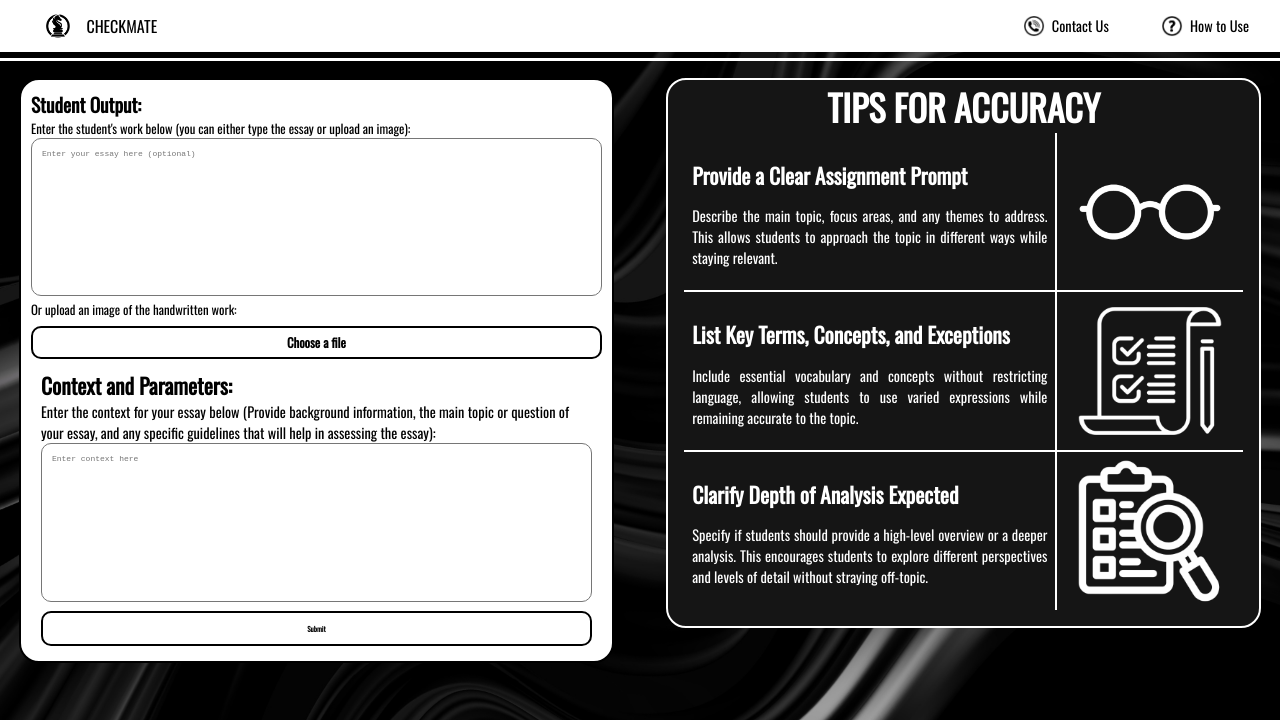
Repository: iiTzXyZ11/CheckMateAI
Page: http://localhost/scan
An editor plug-in stored every save of this project. The page is shown before and after the next save, followed by the edit.
The browser window is 1280 px wide. The pictures show the whole page.
The page is served by the project's application, run on Flask 3 (app.py).

Above is the page before, as saved 2025-01-30 21:37:41.

After the next save:
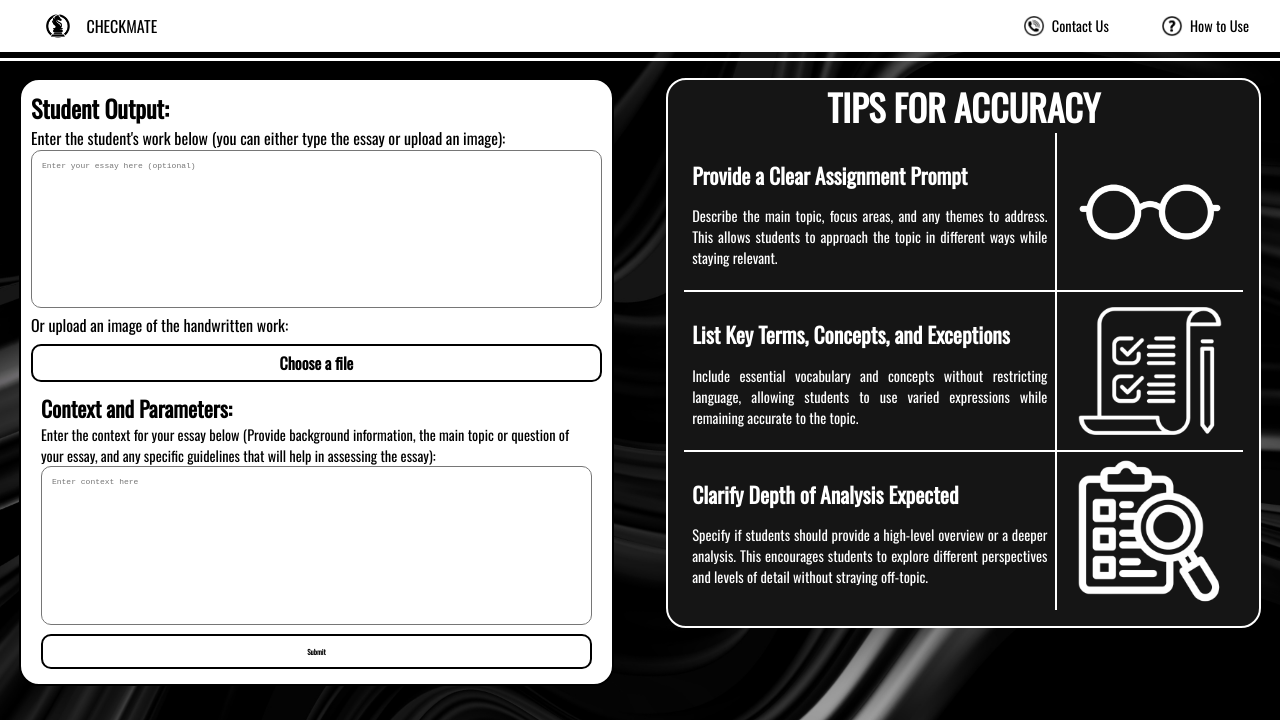
Saved 14 s later.
--- a/static/css/test_style.css
+++ b/static/css/test_style.css
@@ -15,7 +15,7 @@
     }
 
     .box{
-        font-size: clamp(0.8rem,1vh,1.032rem);
+        font-size: clamp(1rem,1vh,1.032rem);
     }
 
     .tips-container h1{
